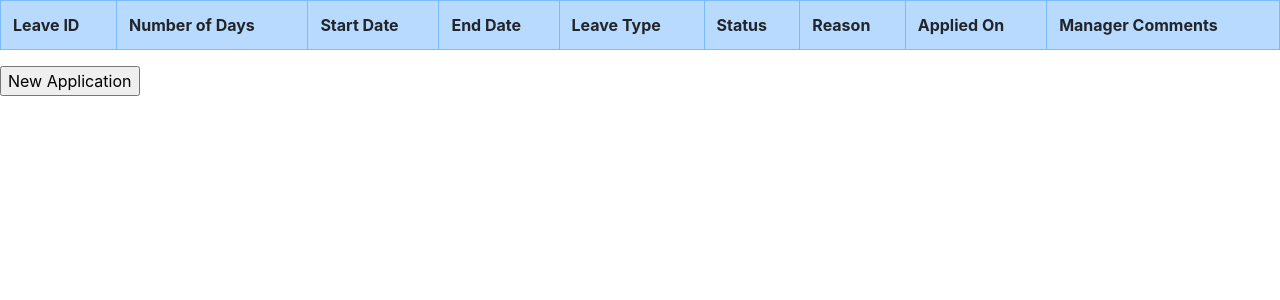
Repository: rkmr039/EMS_PROJECT
Page: http://localhost/EMS/MyLeaves.jsp
These files come from the project's save history. The page is drawn as it stood at one moment and after the next save; the edit follows.
The browser window is 1280 px wide. The pictures show the whole page.
The page is served by Tomcat 9.

Above is the page before, as saved 2019-08-27 06:34:20.
Console error: TypeError: Cannot read properties of undefined (reading 'fn')

After the next save:
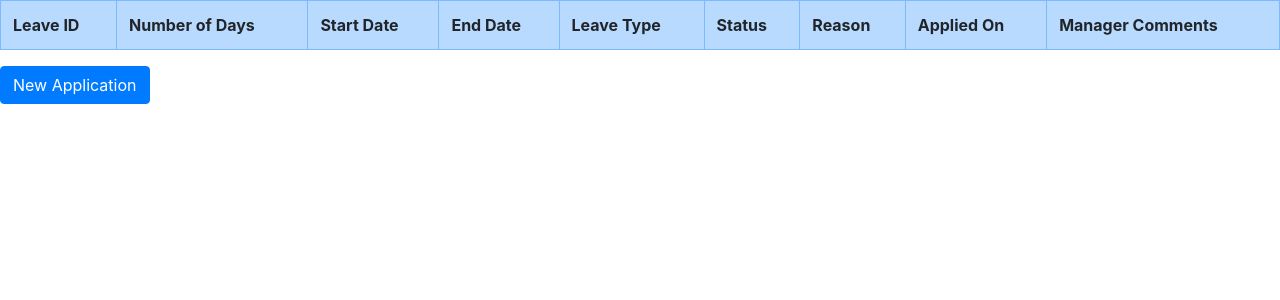
Saved 4 s later.
--- a/EMS/WebContent/MyLeaves.jsp
+++ b/EMS/WebContent/MyLeaves.jsp
@@ -23,7 +23,7 @@
 		</tr>
 	</table>
 
-	<input type="submit" value="New Application" />
+	<input class="btn btn-primary" type="submit" value="New Application" />
 
 
 <script src="https://code.jquery.com/jquery-3.3.1.slim.min.js" integrity="sha384-q8i/X+965DzO0rT7abK41JStQIAqVgRVzpbzo5smXKp4YfRvH+8abtTE1Pi6jizo" crossorigin="anonymous"></script>
